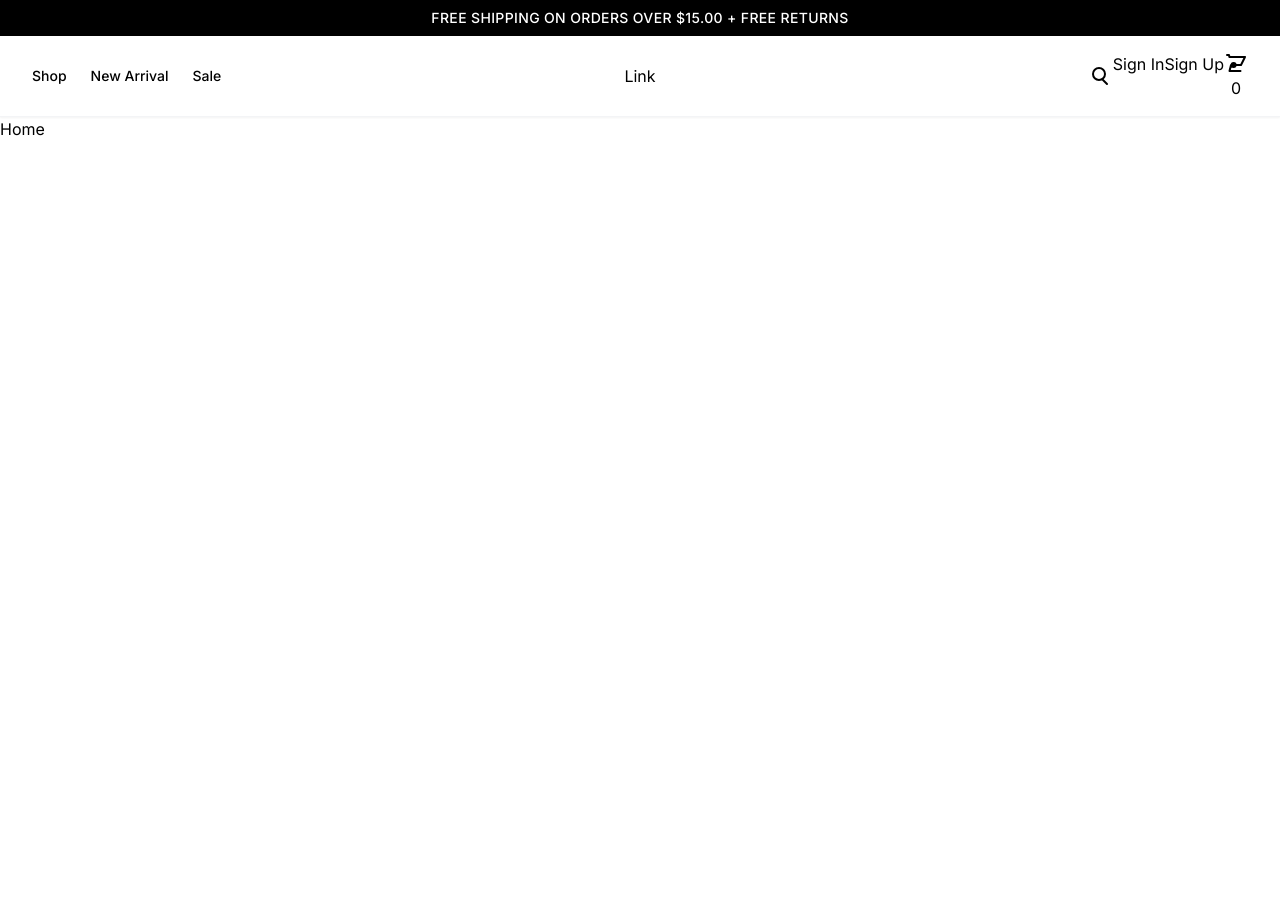
Repository: DiwanMalla/TEMU_CLONE
Page: /
The author's editor kept a copy of each file at every save. The page is drawn from the files as they stood at one save, then again after the next save.
The browser window is 1280 px wide. The pictures show the whole page.
The project was rebuilt for these pictures with package versions that can differ from the ones it lists, and the page was loaded fresh each time. The framework's server and built-in components were replaced by stand-ins that run in the browser. Also part of the build but not shown: next.config.ts.

Above is the page before, as saved 2025-01-20 22:38:28.

After the next save:
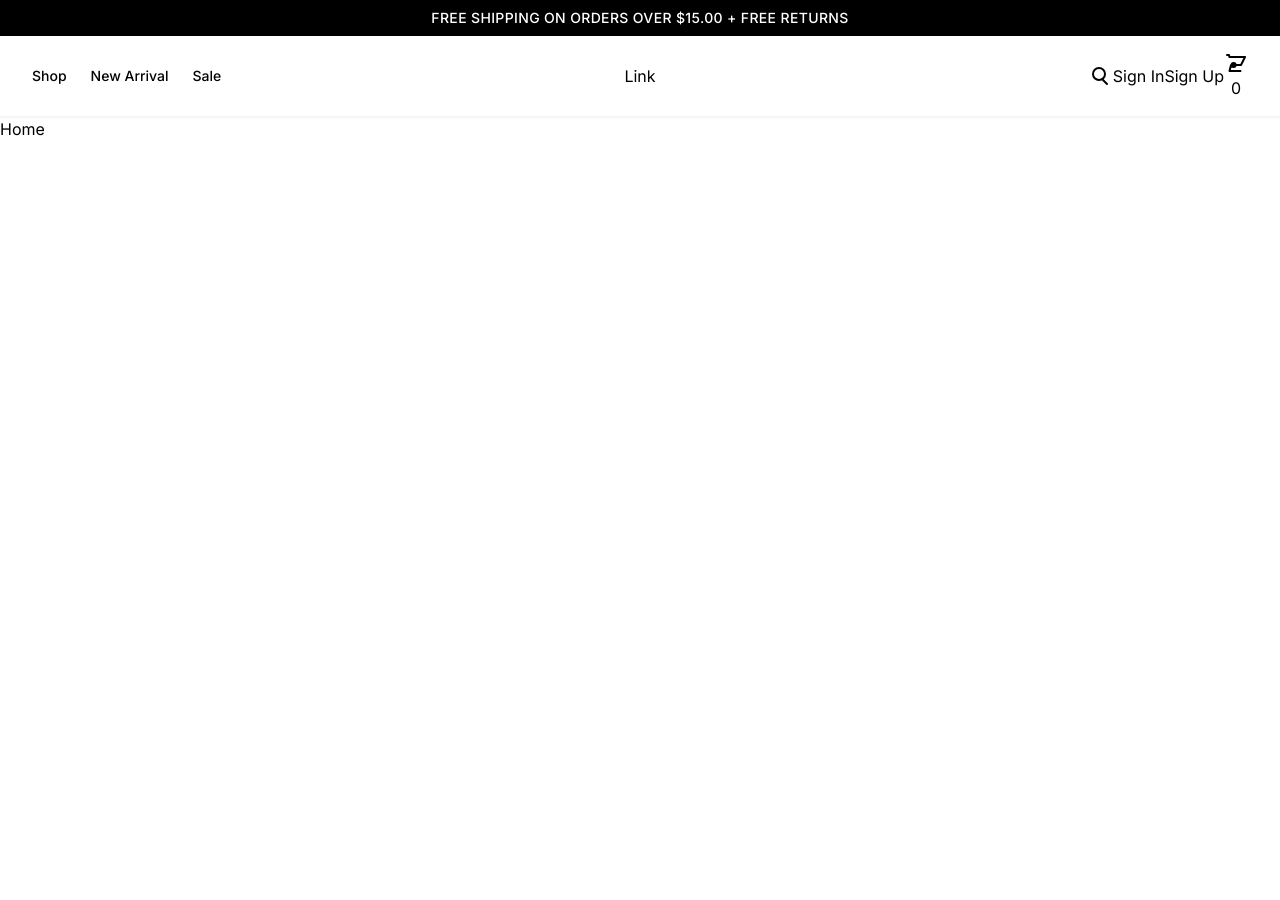
Saved 5 s later.
--- a/components/layout/Header.tsx
+++ b/components/layout/Header.tsx
@@ -67,7 +67,7 @@ const Header = () => {
               </nav>
             </div>
             <Link href="#">Link</Link>
-            <div className="flex flex-1 justify-end">
+            <div className="flex flex-1 justify-end items-center">
               <button>
                 <svg
                   xmlns="http://www.w3.org/2000/svg"
